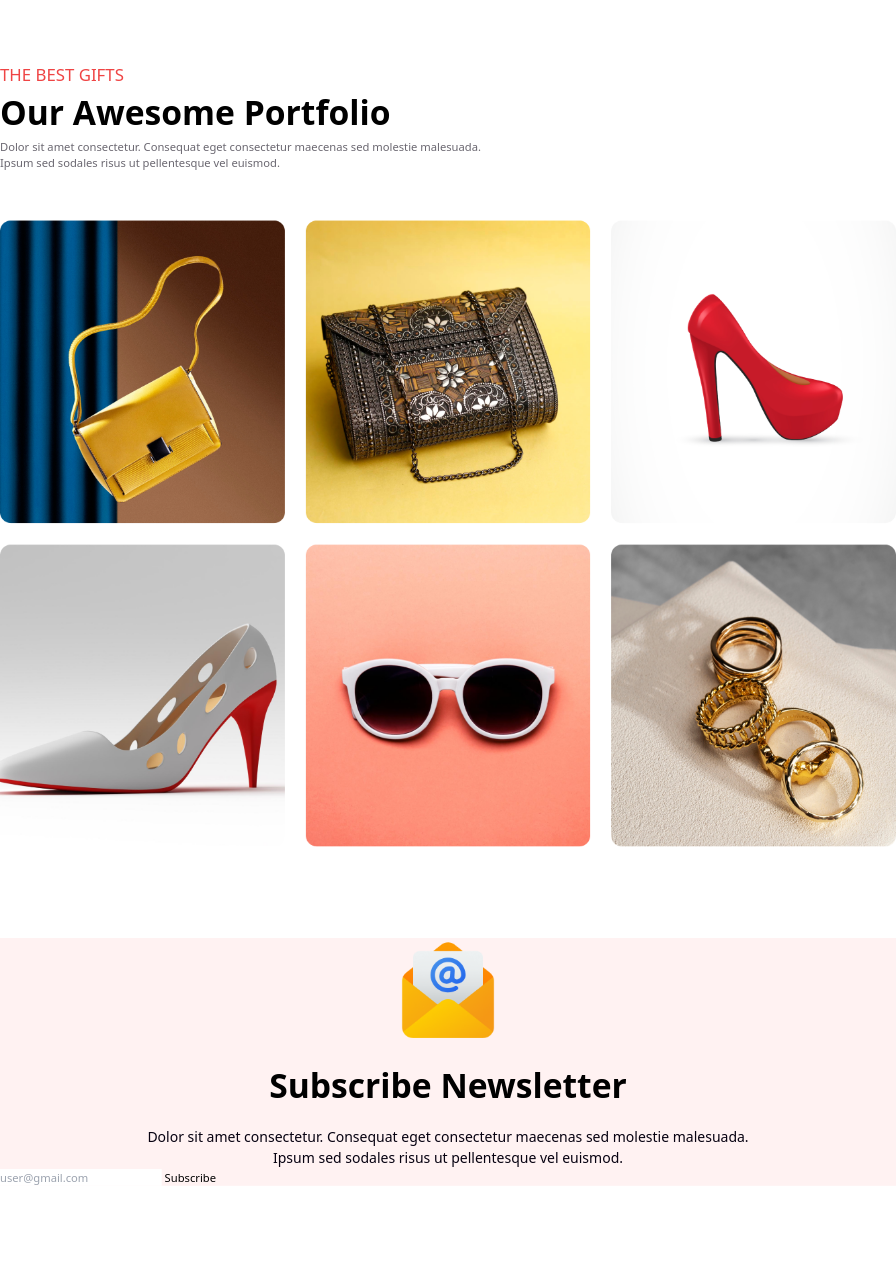
Repository: nahid-hasann/landing-page-1
Page: index.html
An editor plug-in stored every save of this project. The page is shown before and after a run of saves, followed by the edit.
The browser window is 1280 px wide. The pictures show the part of the page from y = 4580 to 6500 px (the page is 6404 px tall before and 6544 px after), at 70% of full size.
Some web libraries are served in a nearby version.

Above is the page before, as saved 2025-07-09 22:04:23.

After the next 2 saves:
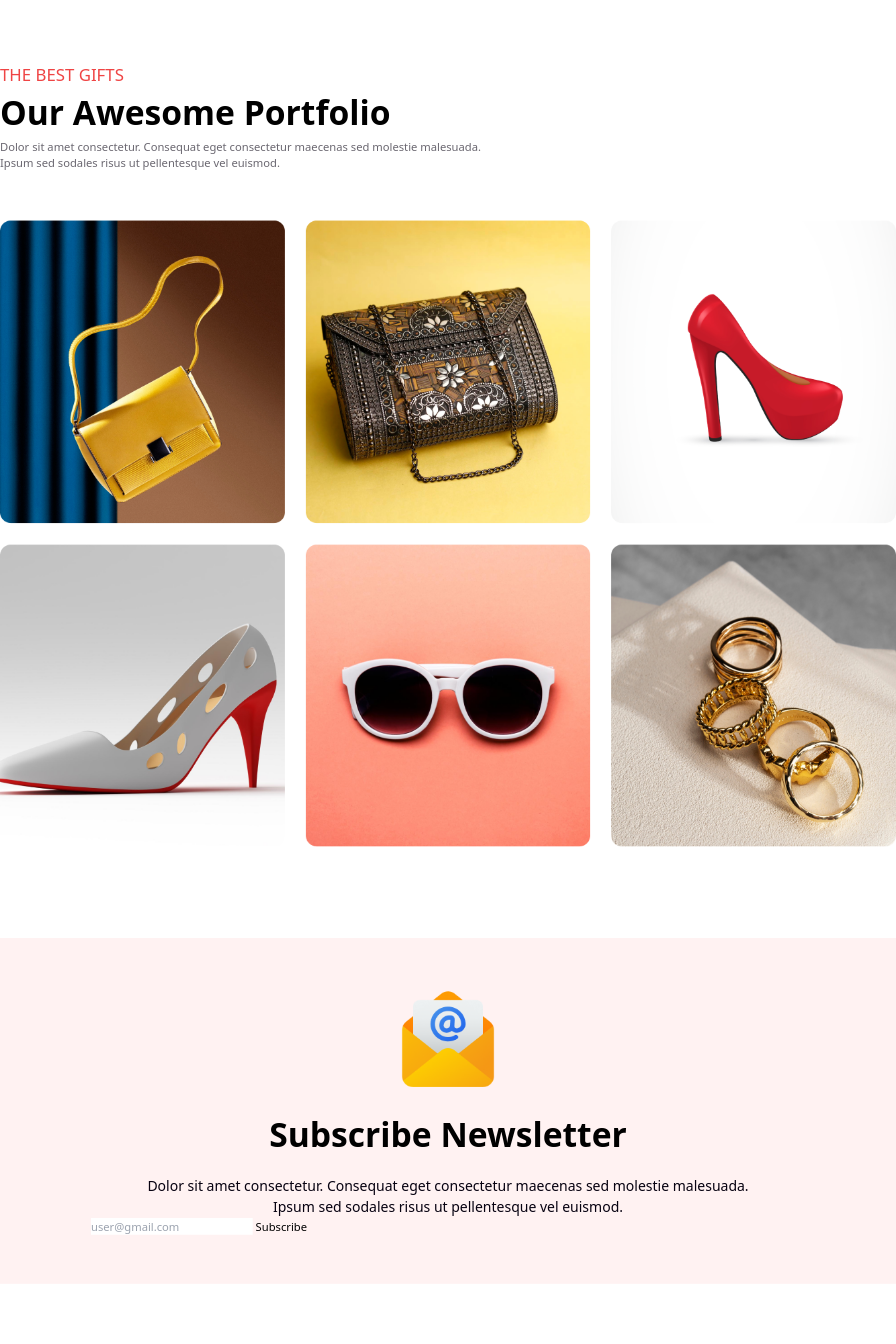
The 2 saves are shown as one change because they came seconds apart.
The last was saved 7 s later.
--- a/style.css
+++ b/style.css
@@ -154,5 +154,5 @@
 
 .subscrib-news-latter{
     background: #fff2f2;
-    padding: ;
+    padding: 70px 130px;
 }
